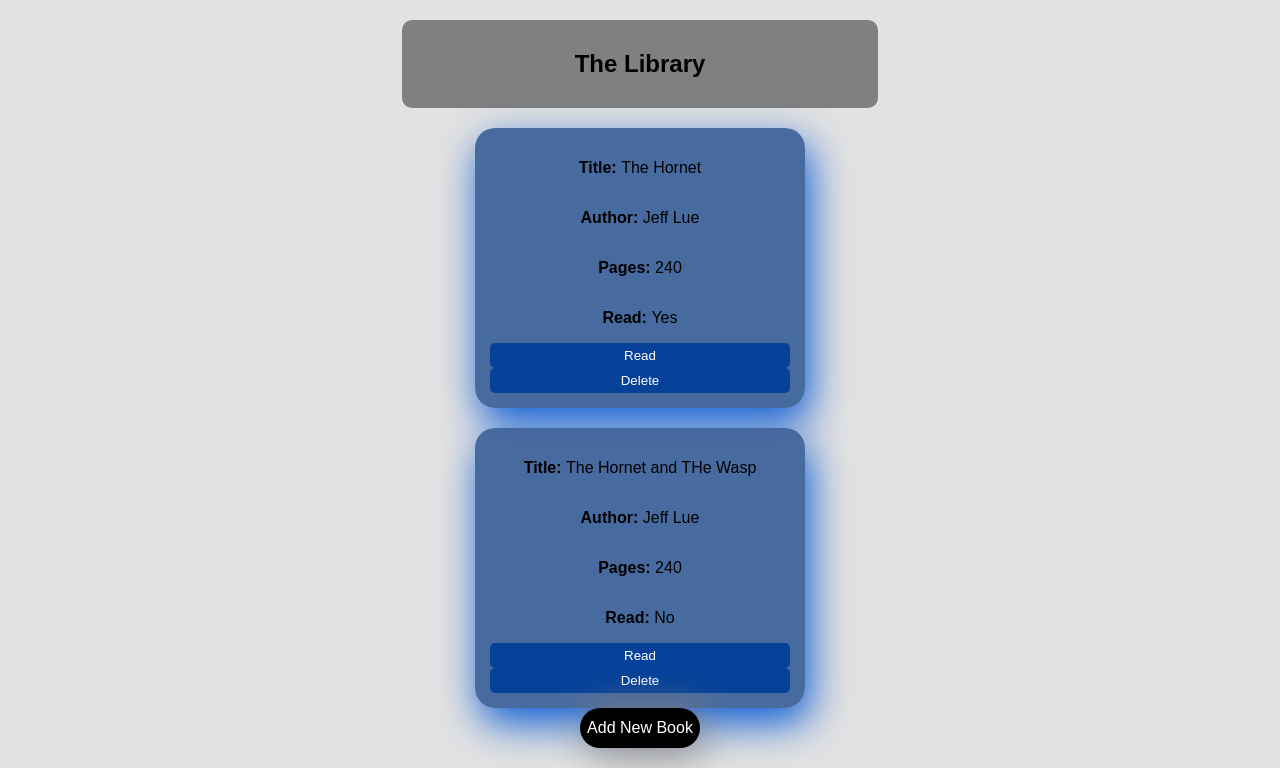
Repository: ErvinClay13/Library
Page: index.html
An editor plug-in stored every save of this project. The page is shown before and after the next save, followed by the edit.
The browser window is 1280 px wide. The pictures show the whole page.

Above is the page before, as saved 2025-01-11 04:56:46.

### index.html
<!DOCTYPE html>
<html lang="en">
<head>
    <meta charset="UTF-8">
    <meta name="viewport" content="width=device-width, initial-scale=1.0">
    <link rel="stylesheet" href="style.css">
    <link
      rel="icon"
      type="image/png"
      sizes="32x32"
      href="images/myLogo.png"
    />
    <title>The Library</title>
</head>
<body>
    <div class="container">
        <div class="heading">
            <h2>The Library</h2>
        </div>

            <div class="content" id="content"></div>

            <dialog id="myDialog">
                <div class="input">
                <form method="dialog" id="form">
                    <label for="title">Title</label>
                    <input type="text"
                           id="title"
                           name="title"
                           required>

                    <label for="author">Author</label>
                    <input type="text"
                           id="author"
                           name="author"
                           required>

                    <label for="pages">Pages</label>
                    <input type="number"
                           id="pages"
                           name="pages"
                           required>

                    <label for="read">Read</label>
                    <input type="checkbox"
                           name="read"
                           id="isRead">

                    <button type="submit" id="submit">Submit</button>
                    <div class="cancel" id="cancel">Cancel</div>


                </form>
            </div>
        </dialog>
        <footer><button id="addBook">Add New Book</button></footer>
    </div>

    <script src="script.js"></script>
</body>
</html>

### style.css
body {
    display: flex;
    justify-content: center;
    align-items: center;
    flex-direction: column;
    /* background-color: white; */
    background-color: rgb(226, 226, 226);
    margin: 0;
    font-family: Arial, sans-serif;
}

.container {
    display: flex;
    flex-direction: column;
    align-items: center;
    padding: 20px;
}

.heading {
    display: flex;
    justify-content: space-between;
    justify-content: center;
    background-color: gray;
    /* background-color: #42669df5; */
    /* box-shadow: 5px 5px 40px #0055d4f5; */
    width: 100%;
    max-width: 800px;
    padding: 10px 20px;
    border-radius: 10px;
    margin-bottom: 20px;
}

#addBook {
    /* background-color: #03409af5; */
    background-color: black;
    box-shadow: 5px 5px 40px gray;
    height: 40px;
    width: 120px;
    border-radius: 20px;
    border: none;
    font-size: 16px;
    color: white;
    cursor: pointer;
}

#addBook:hover {
    transform: scale(1.1);
    box-shadow: 2px 5px 40px #7800d4f5;
}

#content {
    display: flex;
    flex-wrap: wrap;
    gap: 20px;
    justify-content: center;
    width: 100%;
}

.card {
    display: flex;
    flex-direction: column;
    justify-content: space-between;
    text-align: center;
    border-radius: 20px;
    padding: 15px;
    background-color: #42669df5;
    width: 100%;
    max-width: 300px;
    box-shadow: 5px 15px 40px #0055d4f5;
}

.card-details {
    margin-bottom: 10px;
}

.card-buttons {
    display: flex;
    justify-content: space-between;
    gap: 10px;
}

.read, .delete {
    flex: 1;
    padding: 5px 10px;
    border: none;
    border-radius: 5px;
    color: white;
    background-color: #03409af5;
    cursor: pointer;
}

.read:hover, .delete:hover {
    background-color: #254a81f5;
}

.read:active, .delete:active {
    background-color: #42669df5;
}

dialog {
    background-color: #fefefe;
    padding: 20px;
    border: none;
    border-radius: 10px;
    box-shadow: 0px 5px 15px rgba(0, 0, 0, 0.5);
}

form {
    display: flex;
    flex-direction: column;
    gap: 10px;
}

input[type="text"], input[type="number"] {
    padding: 5px;
    border-radius: 5px;
    border: 1px solid #ccc;
}

button {
    cursor: pointer;
}

/* Responsive Styles */
@media (max-width: 768px) {
    .heading {
        flex-direction: column;
        align-items: center;
    }

    #content {
        gap: 15px;
    }

    .card {
        max-width: 100%;
    }
}

### script.js
const dialog = document.getElementById('myDialog');
const form = document.getElementById('form');
const content = document.getElementById('content');
const submit = document.getElementById('submit');
const addBook = document.getElementById('addBook');
const cancel = document.getElementById('cancel');

const myLibrary = [];

const theHornet = new Book('The Hornet', 'Jeff Lue', 240, true);
const theHornetAndTheWasp = new Book('The Hornet and THe Wasp', 'Jeff Lue', 240, false);

myLibrary.push(theHornet);
myLibrary.push(theHornetAndTheWasp);


function Book(title, author, pages, read) {
    this.title = title;
    this.author = author;
    this.pages = pages;
    this.read = read;
}

Book.prototype.info = function() {
    return `${this.title} ${this.author} ${this.pages} ${this.read}`;
}


Book.prototype.toggleRead = function() {
    this.read = !this.read;
}



addBook.addEventListener("click", () => {
    dialog.showModal();
});

cancel.addEventListener("click", () => {
    dialog.close();
});

submit.addEventListener("click", (event) => {
    event.preventDefault();

    const title = document.getElementById('title').value;
    const author = document.getElementById('author').value;
    const pages = document.getElementById('pages').value;
    const read = document.getElementById('isRead').checked;

    const newBook = new Book(title, author, pages, read);
    myLibrary.push(newBook);

    form.reset();
    showBooks();
    dialog.close();
});

function showBooks() {

    content.innerHTML = '';

    myLibrary.forEach((book, index) => {                   //going through the array myLibrary
        const card = document.createElement('div');        //creating a new card for each book created through the modal
        card.classList.add('card');                        //adding card to the class

        card.innerHTML =                                      //creating the text that will be displayed on the card
            `<p><strong>Title: </strong>${book.title}</p>
             <p><strong>Author: </strong>${book.author}</p>
             <p><strong>Pages: </strong>${book.pages}</p>
             <p><strong>Read: </strong>${book.read ? 'Yes' : 'No'}</p>`;   //using the user input to create the new book on the card

        const deleteBtn = document.createElement('button');
        deleteBtn.classList.add('delete');
        deleteBtn.textContent = ('Delete');

        deleteBtn.addEventListener("click", () => {
            myLibrary.splice(index, 1);
            showBooks();
        });

        const read = document.createElement('button');
        read.classList.add('read');
        read.textContent = ('Read');

        read.addEventListener("click", () => {
            book.toggleRead();
            showBooks();
        });

        card.appendChild(read);
        card.appendChild(deleteBtn);
        content.appendChild(card);


    })
}

showBooks();

After the next save:
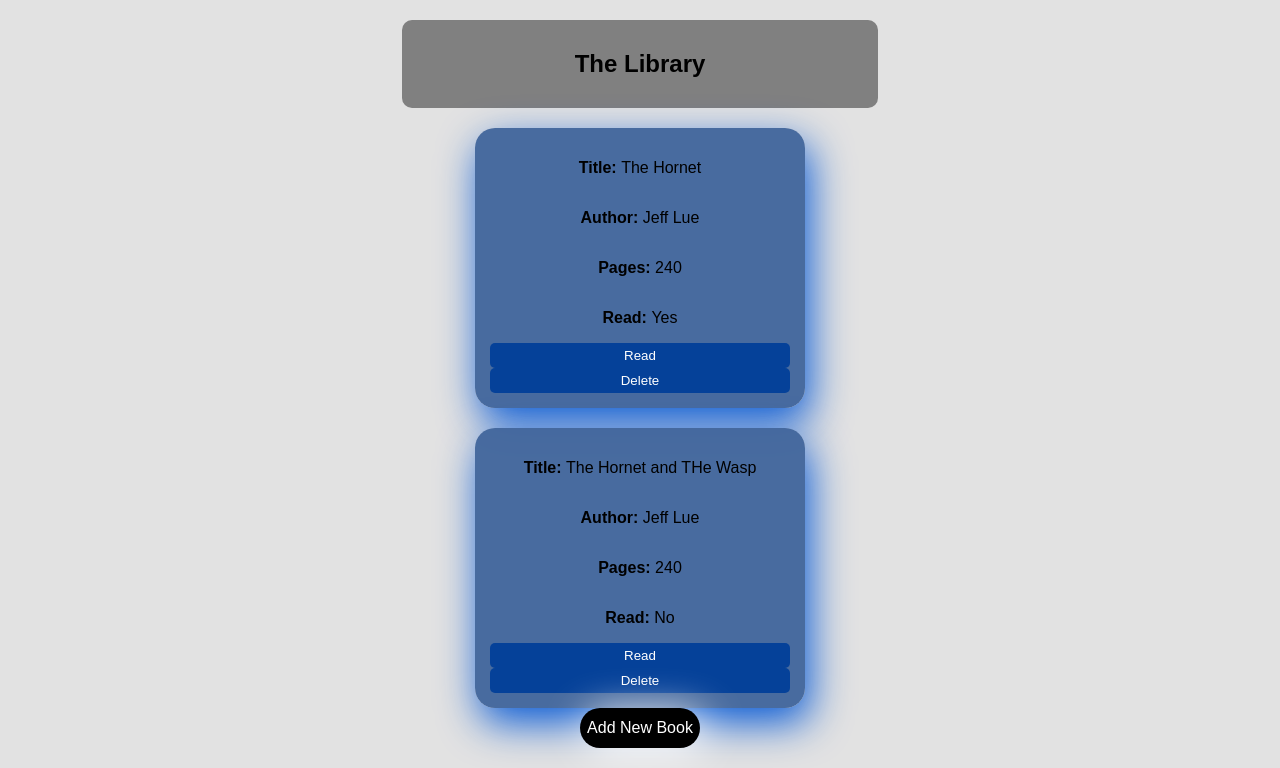
Saved 7 s later.
--- a/style.css
+++ b/style.css
@@ -33,7 +33,7 @@ body {
 #addBook {
     /* background-color: #03409af5; */
     background-color: black;
-    box-shadow: 5px 5px 40px gray;
+    box-shadow: 5px 5px 40px ;
     height: 40px;
     width: 120px;
     border-radius: 20px;
